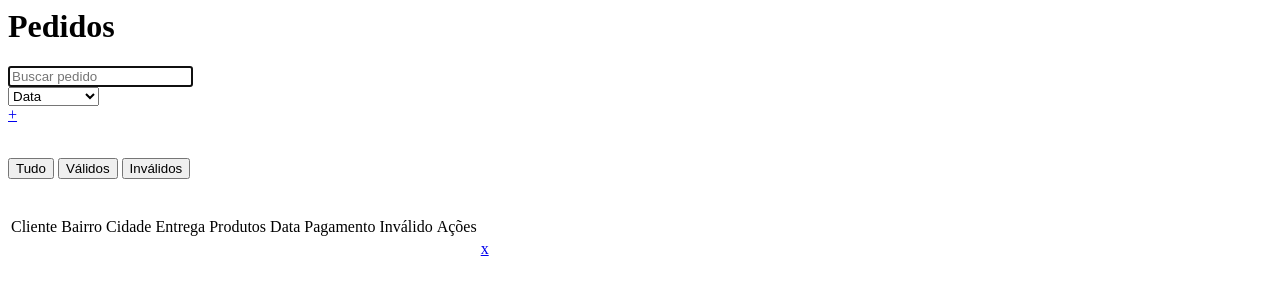
Repository: organicos/organicos.github.io
Page: partials/order/orders.html
The author's editor kept a record of every edit. The page is drawn from the files as they stood at one moment, then again after the next edit.
The browser window is 1280 px wide. The pictures show the whole page.

Above is the page before.

### partials/order/orders.html
<h1>Pedidos</h1>

<form class="form-inline text-right">
    <div class="form-group">
		<input class="form-control input-xs" id="orderQuery" name="orderQuery" ng-model="orderQuery" type="text" placeholder="Buscar pedido" autofocus>
    </div>
	<div class="form-group">
        <select class="form-control" id="order" ng-model="selectedOrder">
            <option value="updated" selected>Data</option>
            <option value="customer.email">Cliente</option>
            <option value="district">Bairro</option>
            <option value="city">Cidade</option>
            <option value="deliveryOption">Entrega</option>
            <option value="products">Produto</option>
            <option value="payment_status">Pagamento</option>
            <option value="invalid">Inválido</option>
        </select>
	</div>
    <span ng-if="$storage.user.kind == 'admin'"><a class="btn btn-default" href="#/product">+</a></span>
</form>

<br>

<div class="btn-group" role="group">
	<button
		type="button"
		class="btn btn-sm btn-primary"
		ng-class="selectedFilterInvalidValue === '' ? 'active' : ''"
		ng-click="selectFilterInvalidValue('')"
	>Tudo</button>
	<button
		type="button"
		class="btn btn-sm btn-primary"
		ng-class="selectedFilterInvalidValue === false ? 'active' : ''"
		ng-click="selectFilterInvalidValue(false)"
	>Válidos</button>
	<button
		type="button"
		class="btn btn-sm btn-primary"
		ng-class="selectedFilterInvalidValue === true ? 'active' : ''"
		ng-click="selectFilterInvalidValue(true)"
	>Inválidos</button>
</div>

<br><br>

<table class="table table-condensed table-stripped table-hover small">
    <thead>
        <tr>
            <td>Cliente</td>
            <td>Bairro</td>
            <td>Cidade</td>
            <td>Entrega</td>
            <td>Produtos</td>
            <td>Data</td>
            <td>Pagamento</td>
            <td ng-if="selectedFilterInvalidValue === ''">Inválido</td>
            <td>Ações</td>
        </tr>
    </thead>
    <tbody>
        <tr ng-repeat="order in filteredProducts = (orders | filter: orderQuery | orderBy: selectedOrder | filter: {invalid : selectedFilterInvalidValue})">
            <td ng-bind="order._id"></td>
            <td ng-bind="order.customer.email"></td>
            <td ng-bind="order.district"></td>
            <td ng-bind="order.city"></td>
            <td ng-bind="order.deliveryOption"></td>
            <td ng-bind="order.products.length"></td>
            <td ng-bind="order.updated | date:'dd/MM/yyyy'"></td>
            <td ng-bind="order.payment_status"></td>
            <td ng-if="selectedFilterInvalidValue === ''"><i class="fa fa-check" ng-if="order.invalid"></i></td>
            <td><a ng-click="dropOrder(order)" href="javascrip:void(0)">x</a></td>
        </tr>
    </tbody>
</table>

After the next edit:
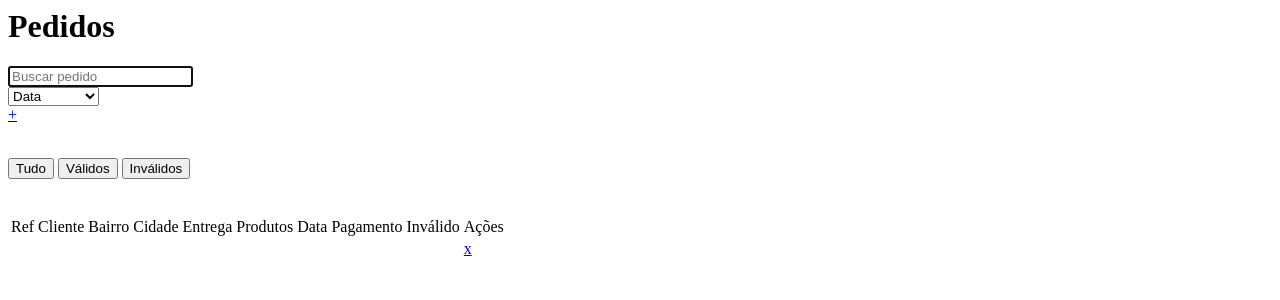
The edit:
--- a/partials/order/orders.html
+++ b/partials/order/orders.html
@@ -47,6 +47,7 @@
 <table class="table table-condensed table-stripped table-hover small">
     <thead>
         <tr>
+            <td>Ref</td>
             <td>Cliente</td>
             <td>Bairro</td>
             <td>Cidade</td>
